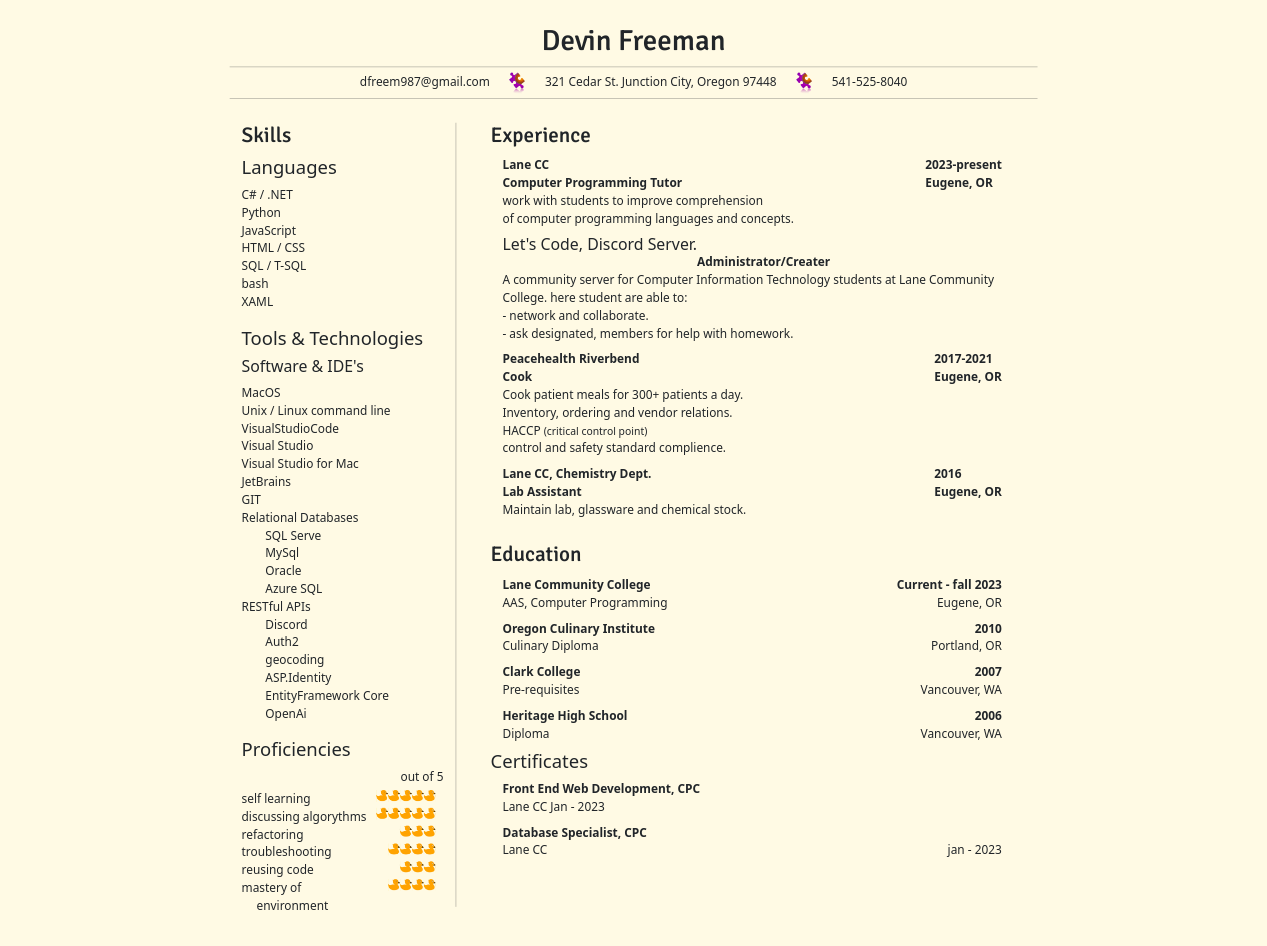
Repository: Dfreem/Resume
Page: index.html
The author's editor kept a copy of each file at every save. The page is drawn from the files as they stood at one save, then again after the next save.
The browser window is 1280 px wide. The pictures show the whole page, at 99% of full size.

Above is the page before, as saved 2023-02-13 08:40:04.

After the next save:
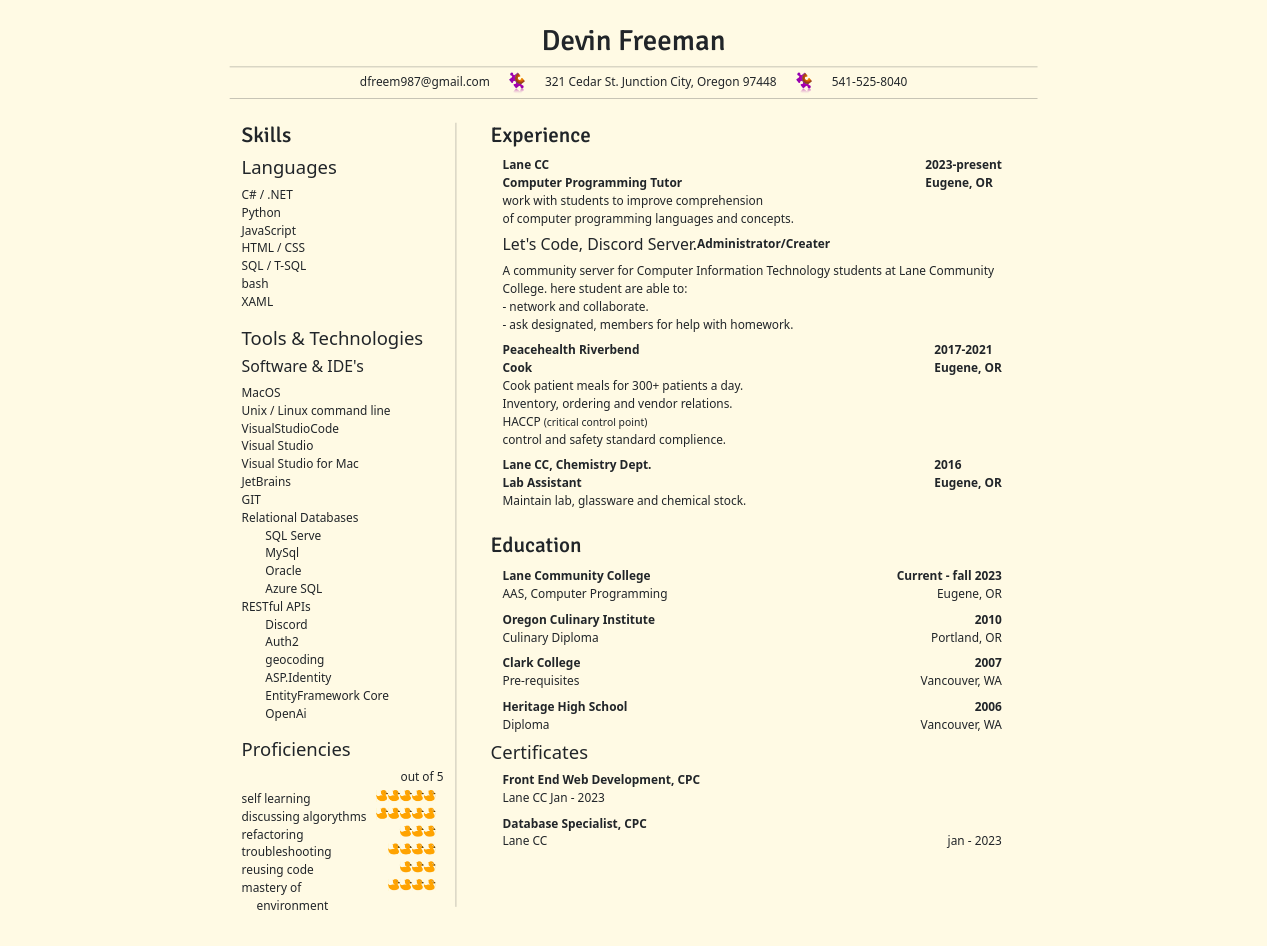
Saved 24 s later.
--- a/index.html
+++ b/index.html
@@ -205,7 +205,7 @@
                 </div>
                 <div class="container work-container">
                     <dt class="d-flex flex-nowrap flex-row">
-                        <h4>Let's Code, Discord Server.</h4><br />
+                        <h4>Let's Code, Discord Server.</h4>
                         Administrator/Creater
                         <span class="push-right">
                         </span>
